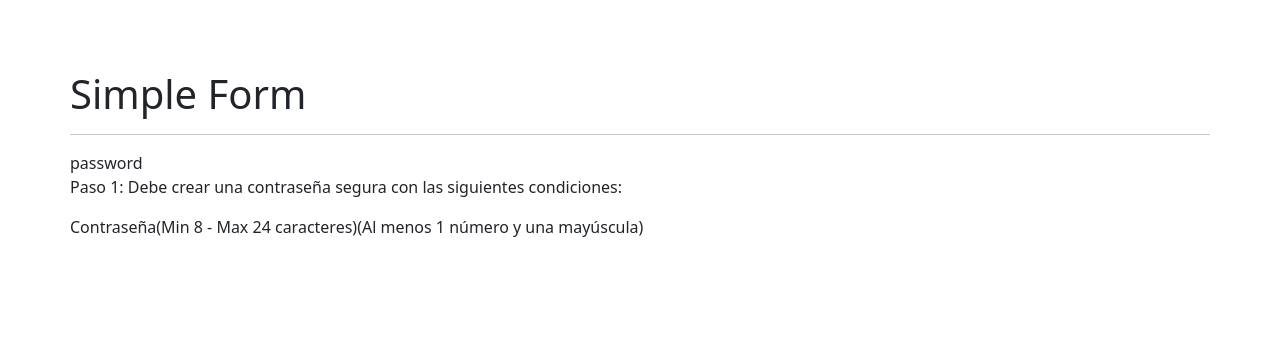
Repository: ppfeliuu/hooks-app
Page: /
An editor plug-in stored every save of this project. The page is shown before and after the next save, followed by the edit.
The browser window is 1280 px wide. The pictures show the whole page.
The project was rebuilt for these pictures with package versions that can differ from the ones it lists, and the page was loaded fresh each time. Also part of the build but not shown: src/components/01-useState/CounterApp.js, src/hooks/useCounter.js, src/components/01-useState/CounterWithCustomHook.js, src/HookApp.js.

Above is the page before, as saved 2021-05-28 11:24:47.

After the next save:
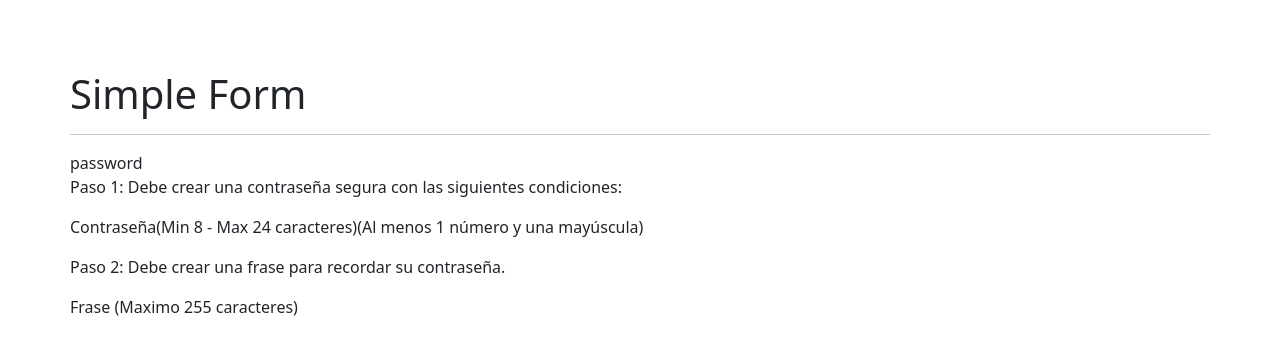
Saved 49 s later.
--- a/src/components/02-useEffect/SimpleForm.js
+++ b/src/components/02-useEffect/SimpleForm.js
@@ -15,6 +15,9 @@ export const SimpleForm = () => {
       <p>
         Contraseña(Min 8 - Max 24 caracteres)(Al menos 1 número y una mayúscula)
       </p>
+
+      <p>Paso 2: Debe crear una frase para recordar su contraseña.</p>
+      <p>Frase (Maximo 255 caracteres)</p>
     </>
   );
 };
